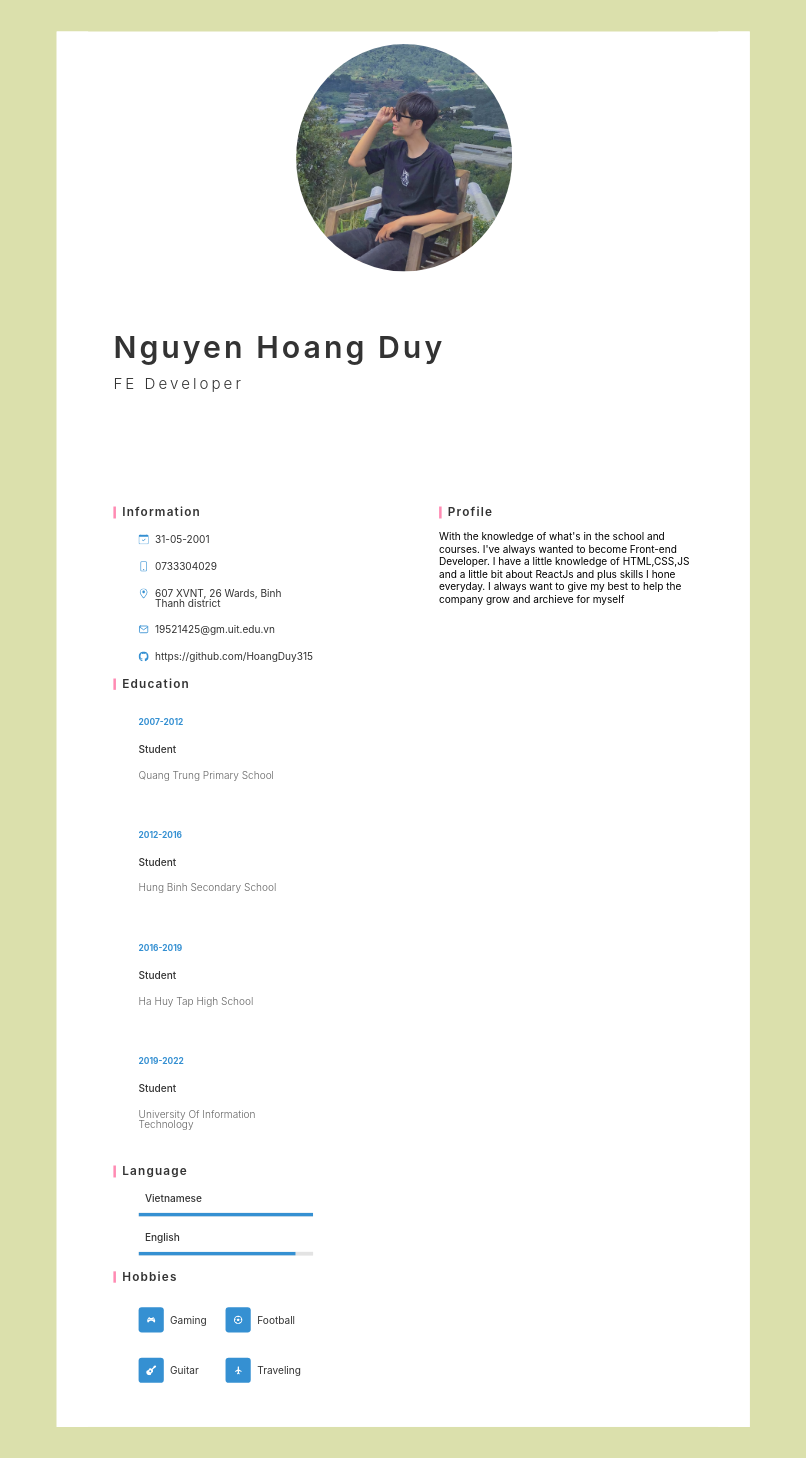
Repository: HoangDuy315/HW_TVK
Page: / (app in hw3cv/)
An editor plug-in stored every save of this project. The page is shown before and after the next save, followed by the edit.
The browser window is 1280 px wide. The pictures show the whole page, at 63% of full size.
The project was rebuilt for these pictures with package versions that can differ from the ones it lists, and the page was loaded fresh each time. Also part of the build but not shown: hw3cv/src/App.css.

Above is the page before, as saved 2022-11-02 12:42:55.

After the next save:
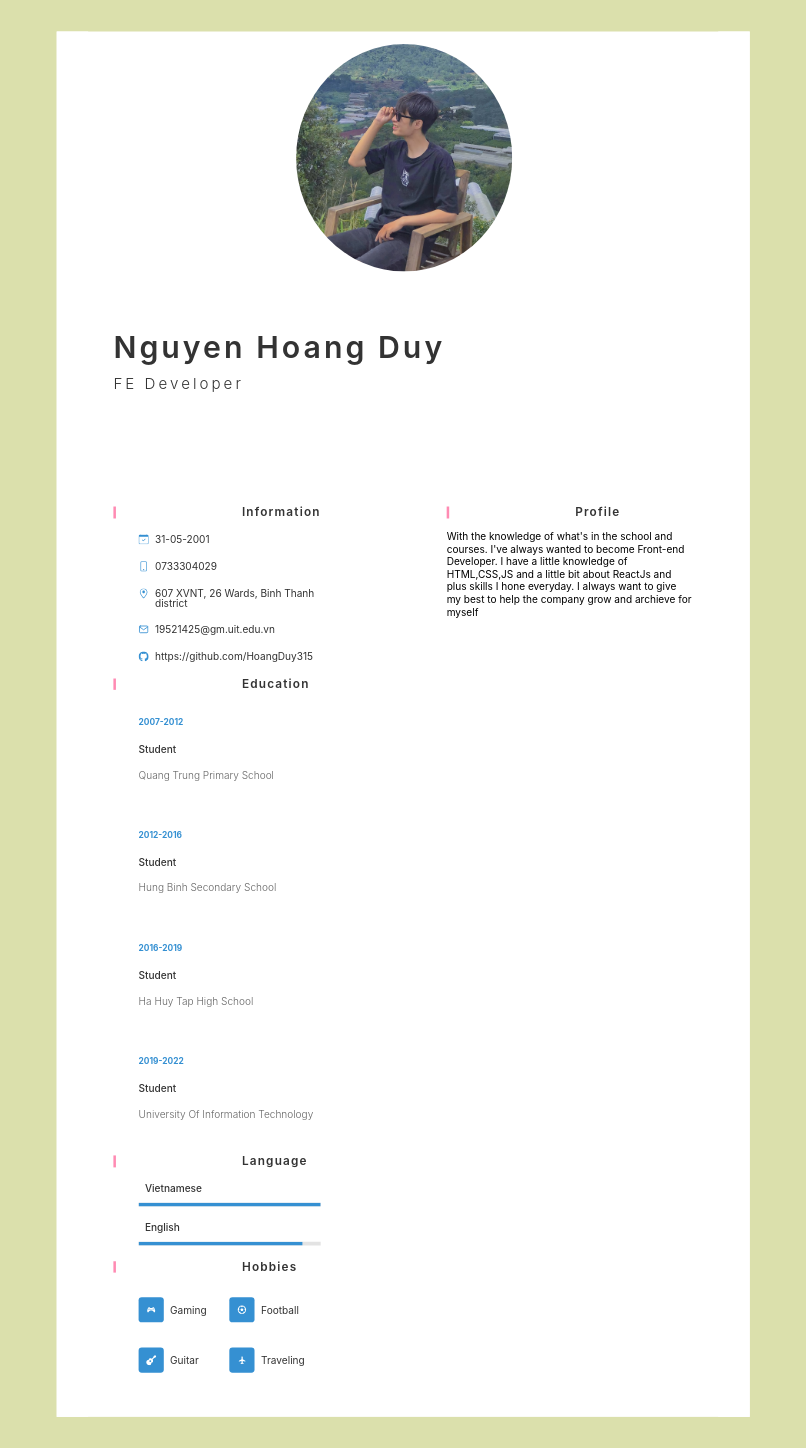
Saved 26 s later.
--- a/hw3cv/src/components/Cv.css
+++ b/hw3cv/src/components/Cv.css
@@ -134,7 +134,7 @@
 
 .container .contentBox h3 {
   border-left: 4px solid #ff8bb3;
-  padding-left: 10px;
+  padding-left: 200px;
   line-height: 1em;
   font-weight: 600;
   color: #333;

After the save that followed:
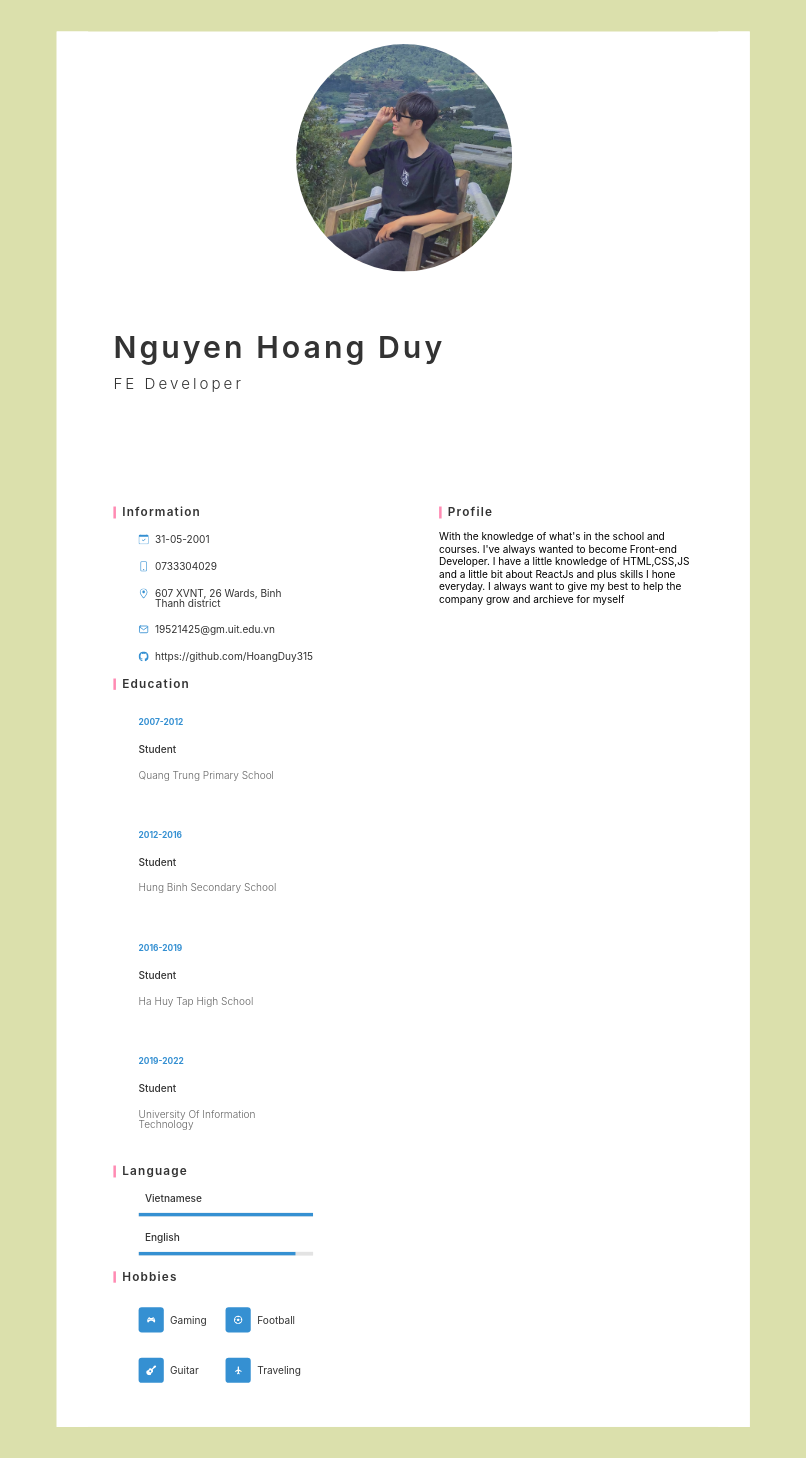
Saved 5 s later.
--- a/hw3cv/src/components/Cv.css
+++ b/hw3cv/src/components/Cv.css
@@ -134,7 +134,7 @@
 
 .container .contentBox h3 {
   border-left: 4px solid #ff8bb3;
-  padding-left: 200px;
+  padding-left: 10px;
   line-height: 1em;
   font-weight: 600;
   color: #333;
